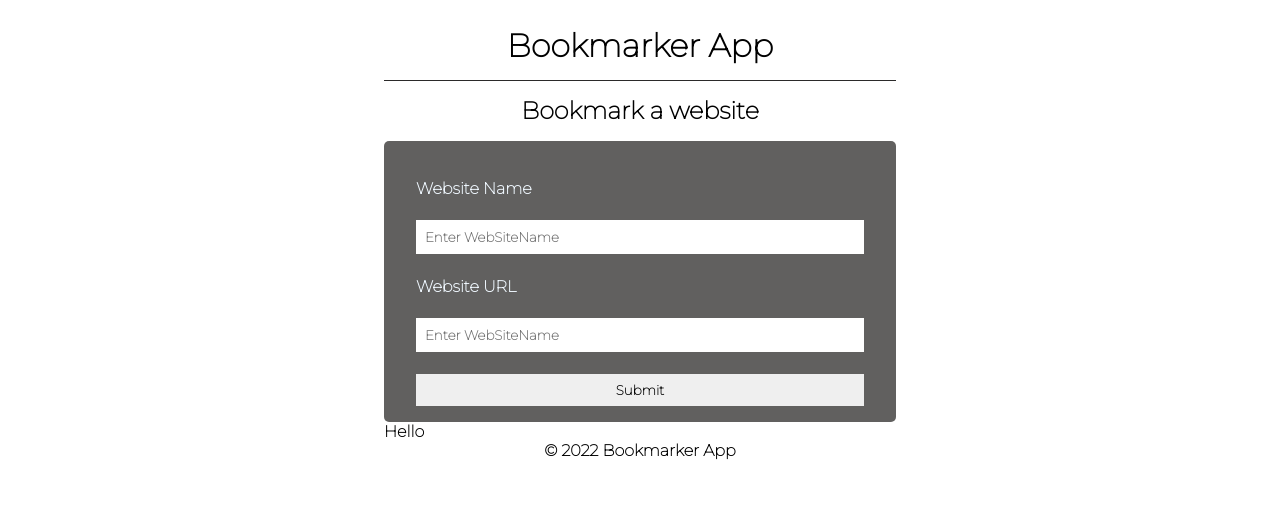
Repository: Suporl9/BookMarkerApp
Page: index.html
An editor plug-in stored every save of this project. The page is shown before and after the next save, followed by the edit.
The browser window is 1280 px wide. The pictures show the whole page.

Above is the page before, as saved 2021-11-21 21:20:13.

### index.html
<!DOCTYPE html>
<html lang="en">
  <head>
    <meta charset="UTF-8" />
    <meta http-equiv="X-UA-Compatible" content="IE=edge" />
    <meta name="viewport" content="width=device-width, initial-scale=1.0" />
    <link rel="stylesheet" href="./style.css" />
    <title>Document</title>
  </head>
  <body>
    <div class="container">
      <div class="innerContainer">
        <div class="ininContainer">
          <div class="bookmarkerSection"><h1>Bookmarker App</h1></div>
          <!-- <h1>Bookmarker App</h1> -->
          <div class="vh"></div>
          <div class="formInput">
            <form class="formSec">
              <h2 class="h2class">Bookmark a website</h2>
              <div class="sitesec">
                <label class="labc" name="siteName">Website Name</label>
                <input
                  type="text"
                  name="sitename"
                  placeholder="Enter WebSiteName"
                  class="inpClass"
                />
                <label class="labc" name="siteName">Website URL</label>
                <input
                  type="text"
                  name="sitename"
                  class="inpClass"
                  placeholder="Enter WebSiteName"
                />
                <button class="submBtn">Submit</button>
              </div>
            </form>
          </div>
          <div class="toBeAdded">Hello</div>
          <footer class="footer">
            <p>&copy; 2022 Bookmarker App</p>
          </footer>
        </div>
      </div>
    </div>
  </body>
</html>

### style.css
@import url("https://fonts.googleapis.com/css2?family=Montserrat:wght@100&display=swap");

:root {
  --main-bg-color: rgb(255, 255, 255);
  --main-grey: rgb(97, 96, 95);
}
* {
  font-family: "Montserrat", sans-serif;
  box-sizing: border-box; /* includes padding in height and width(the box outside doesnot get bigger when adding padding and stuff)*/
  margin: 0;
  padding: 0;
  font-weight: bold;
  border: none;
}
body {
  width: 80%;
  margin: auto;
}
.container {
  font-family: "Montserrat", sans-serif;

  display: flex;
  justify-content: center;
}
.innerContainer {
  /* display: flex;
  flex-direction: column; */
  width: 50%;
  margin: auto;
  /* justify-content: center;
  align-self: center; */
}
.ininContainer {
  display: flex;
  flex-direction: column;
  margin-top: 5%;
  /* align-content: center; */
  /* justify-content: center; */
}
.bookmarkerSection {
  display: flex;
  justify-content: center;
}
.vh {
  border-bottom: 1px solid rgb(43, 42, 42);
  margin-top: 3%;
}
/* .formInput {
  display: flex;
  flex-direction: column;
  justify-content: center;
} */
.h2class {
  align-self: center;
  margin-bottom: 3%;
}
.formSec {
  display: flex;
  flex-direction: column;
  margin-top: 3%;
  /* justify-content: end; */
  /* width: 0%; */
  /* align-content: center; */
}
.sitesec {
  display: flex;
  flex-direction: column;
  background-color: var(--main-grey);
  padding: 1rem 2rem;
  /* padding-bottom: 2rem; */
  border-radius: 5px;
  color: aliceblue;
}
.submBtn {
  margin-top: 5%;
  padding: 0.5rem;
}
.inpClass {
  margin-top: 5%;
  padding: 2%;
}
.labc {
  margin-top: 5%;
}
.footer {
  align-self: center;
}
/* .formSec,
.sitesec {
  display: flex;
  flex-direction: column;
} */
/* .sitesec {
  display: flex;
  flex-direction: column;
}
 */

After the next save:
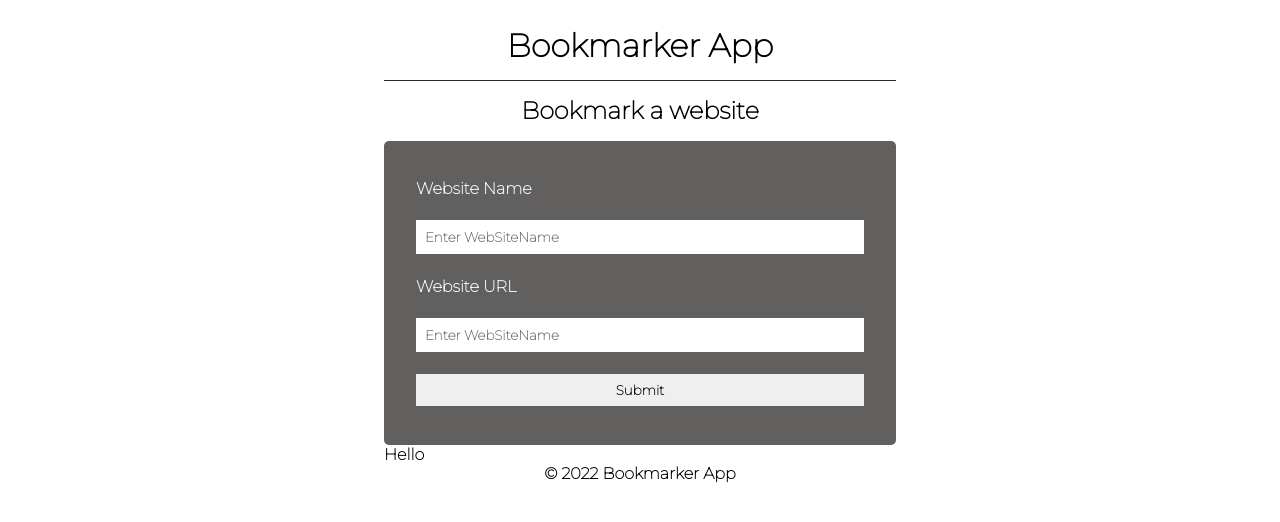
Saved 12 s later.
--- a/style.css
+++ b/style.css
@@ -73,6 +73,7 @@ body {
 }
 .submBtn {
   margin-top: 5%;
+  margin-bottom: 5%;
   padding: 0.5rem;
 }
 .inpClass {
